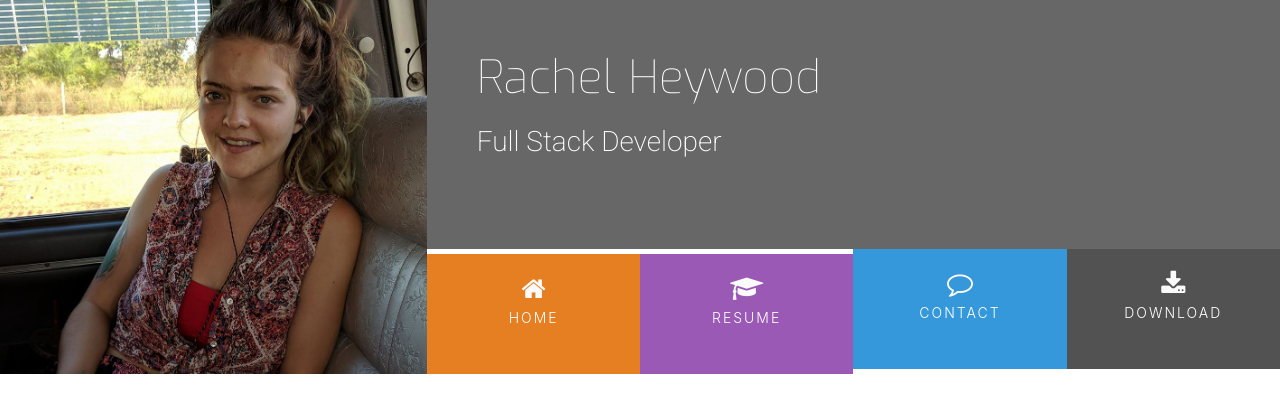
Repository: Heywood93/resume
Page: index.html
The author's editor kept a record of every edit. The page is drawn from the files as they stood at one moment, then again after the next edit.
The browser window is 1280 px wide. The pictures show the whole page.

Above is the page before.

After the next edit:
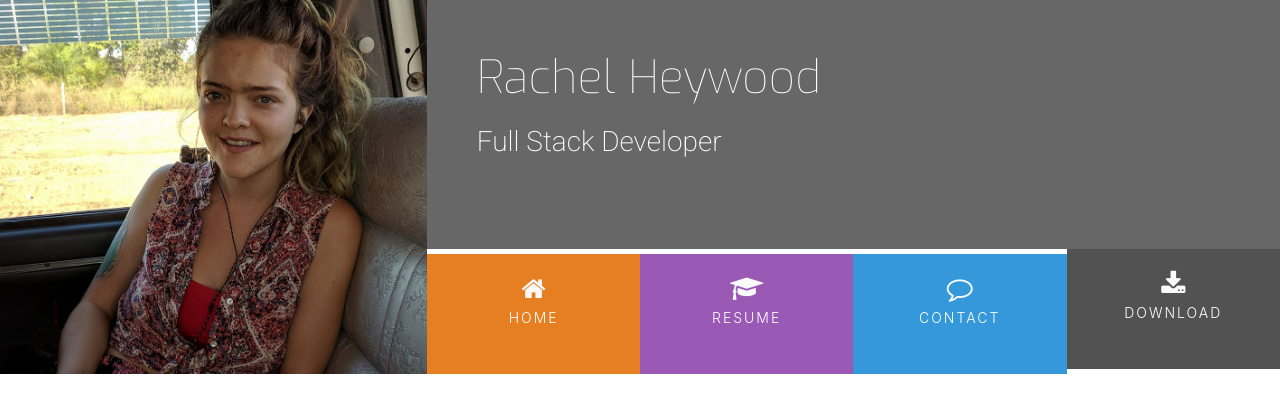
The edit:
--- a/index.html
+++ b/index.html
@@ -33,7 +33,7 @@
                                 <a href="#" class="hvr-sweep-to-bottom"><i class="fa fa-graduation-cap" aria-hidden="true"></i><span>Resume</span></a>
                             </li>
                             <li class="col-6 col-sm-3 ui-menu-color-contact list-inline-item menuitem">
-                                <a href="#"><i class="fa fa-comment-o" aria-hidden="true"></i><span>Contact</span></a>
+                                <a href="#" class="hvr-sweep-to-bottom"><i class="fa fa-comment-o" aria-hidden="true"></i><span>Contact</span></a>
                             </li>
                             <li class="col-6 col-sm-3 ui-menu-color-download list-inline-item menuitem">
                                 <a href="#"><i class="fa fa-download" aria-hidden="true"></i><span>Download</span></a>
